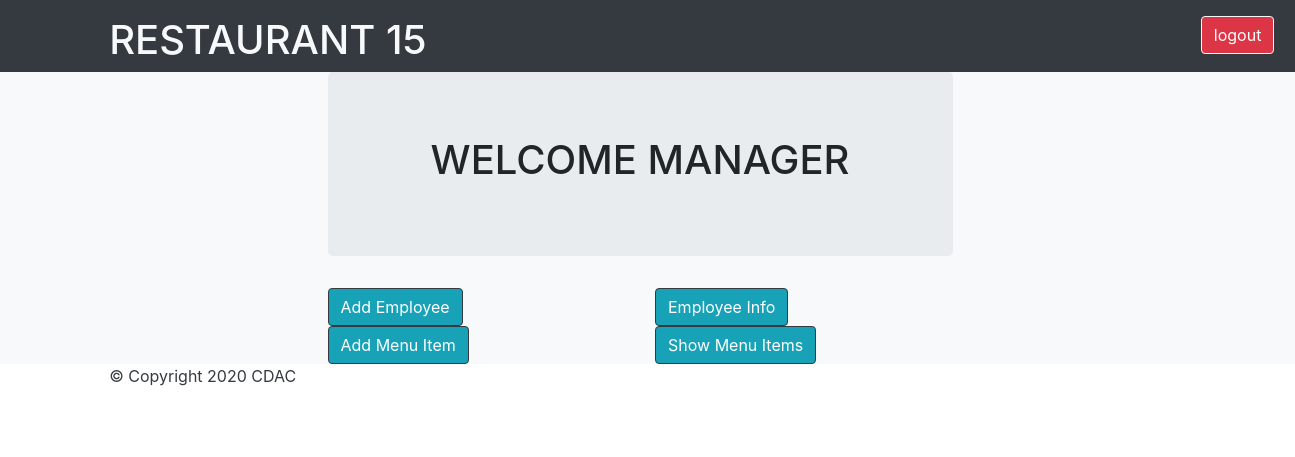
Repository: Pedaxx-IT-solution/E-Waiter-Stuff-
Page: http://localhost/ProjectEwaiter/WEB-INF/views/welcomemgr.jsp
These files come from the project's save history. The page is drawn as it stood at one moment and after the next save; the edit follows.
The browser window is 1280 px wide. The page is 1295 px wide, so the pictures cover 1295 px, including what lies to the right of the window. The pictures show the whole page.
The page is served by Tomcat 9. Nobody is signed in. The template is opened directly, without the code that normally fills it, so the values that code supplies are empty.

Above is the page before, as saved 2020-01-25 22:46:54.

After the next save:
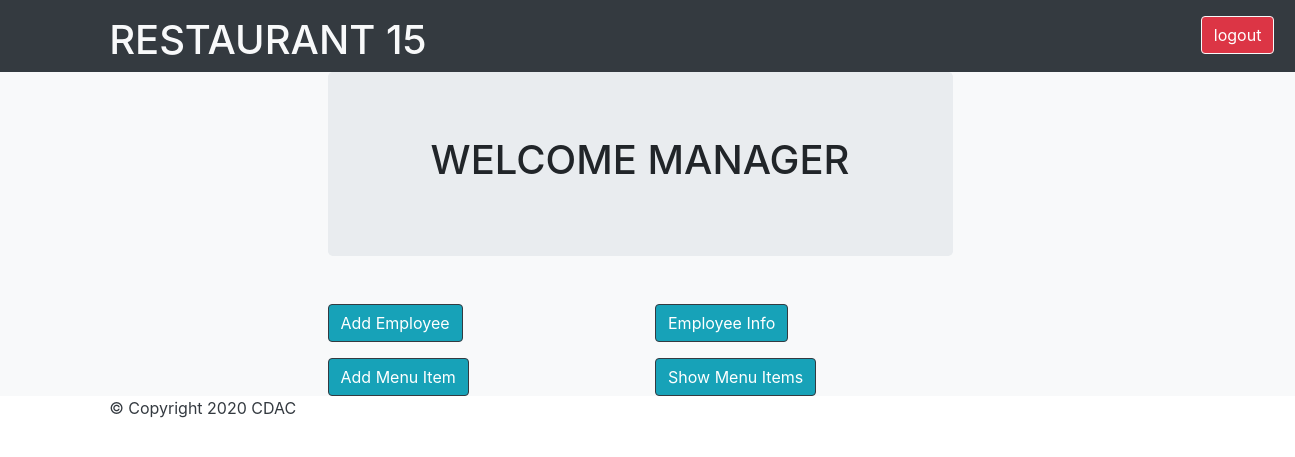
Saved 36 s later.
--- a/MyProject/ProjectEwaiter/src/main/webapp/WEB-INF/views/welcomemgr.jsp
+++ b/MyProject/ProjectEwaiter/src/main/webapp/WEB-INF/views/welcomemgr.jsp
@@ -45,13 +45,13 @@ response.setHeader("Expires", "0");
 			<div class="col-3"></div>
 			<div class="col-3">
 
-					<a href="/user/register" class="btn btn-info border-dark" role="button">Add Employee</a>
+					<a href="/user/register" class="mt-3 btn btn-info border-dark" role="button">Add Employee</a>
 
 			</div>
 
 			<div class=" col-3">
 
-					<a href="/user/showemp" class="btn btn-info border-dark" role="button">Employee Info</a>
+					<a href="/user/showemp" class="mt-3 btn btn-info border-dark" role="button">Employee Info</a>
 			</div>
 			<div class="col-3"></div>
 
@@ -64,13 +64,13 @@ response.setHeader("Expires", "0");
 			<div class="col-3"></div>
 			<div class="col-3">
 
-							<a href="/user/menu/addMenu" class="btn btn-info border-dark" role="button">Add Menu Item</a>
+							<a href="/user/menu/addMenu" class="mt-3 btn btn-info border-dark" role="button">Add Menu Item</a>
 
 			</div>
 
 			<div class=" col-3">
 
-							<a href="/user/menu/showMenu" class="btn btn-info border-dark" role="button">Show Menu Items</a>
+							<a href="/user/menu/showMenu" class="mt-3 btn btn-info border-dark" role="button">Show Menu Items</a>
 			</div>
 			<div class="col-3"></div>
 
